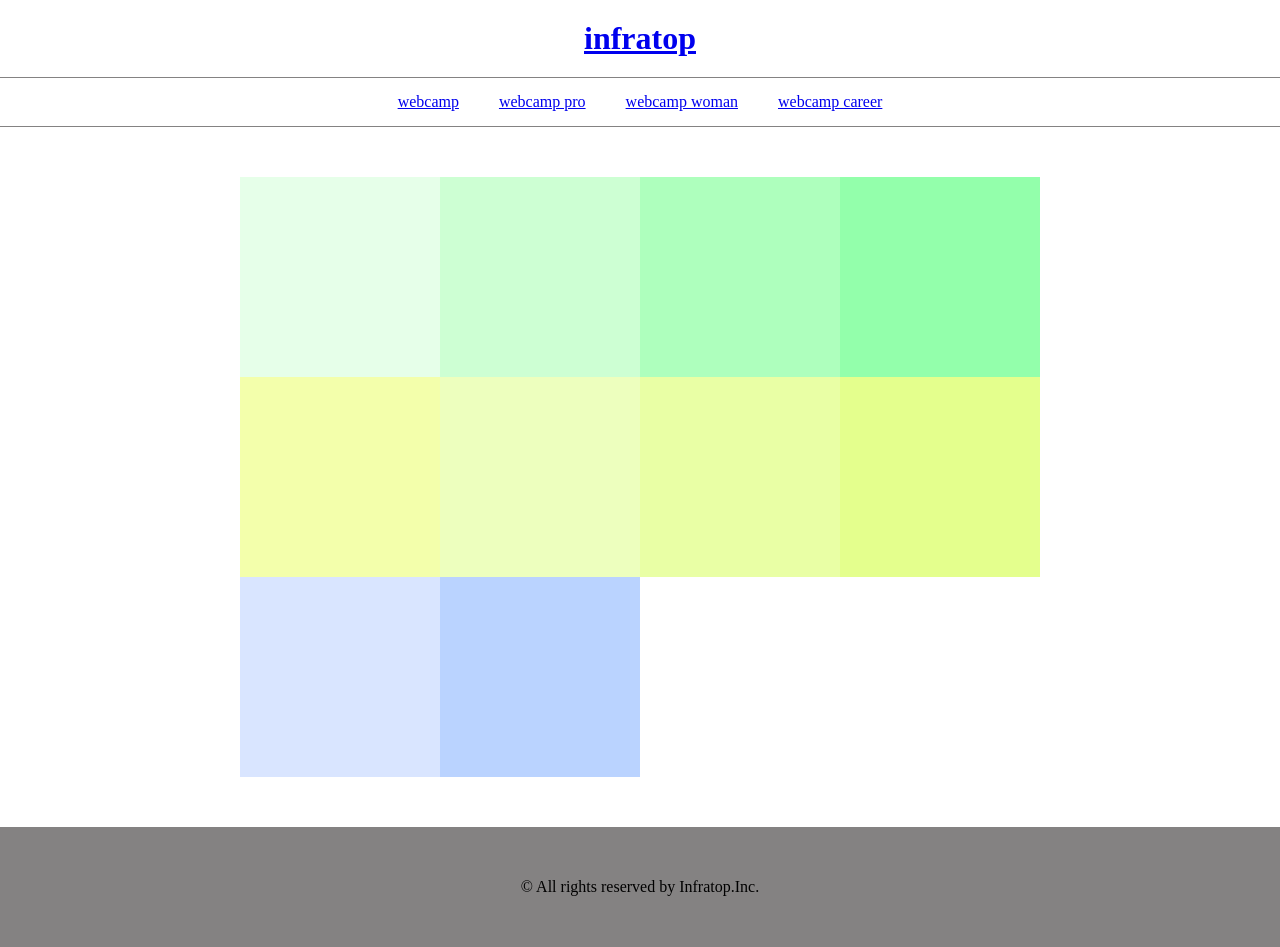
Repository: Yuya0829/HTML
Page: exercise/exercise5.html
The author's editor kept a record of every edit. The page is drawn from the files as they stood at one moment, then again after the next edit.
The browser window is 1280 px wide. The pictures show the whole page.

Above is the page before.

### exercise/exercise5.html
<!DOCTYPE html>
<html lang="ja">
  <head>
    <meta charset="UTF-8" />
    <link rel="stylesheet" href="exercise5.css" />
    <title>EXERCISE5</title>
  </head>

  <body>
    <header>
      <h1 class="heading">
        <a href="exercise5.html">
          infratop
        </a>
      </h1>
    </header>

    <nav>
      <ul class="nav-list">
        <li class="nav-list-item">
          <a href="https://web-camp.io">webcamp</a>
        <li class="nav-list-item">
          <a href="https://web-camp.io">webcamp pro</a>
        <li class="nav-list-item">
          <a href="https://web-camp.io">webcamp woman</a>
        <li class="nav-list-item">
          <a href="https://web-camp.io">webcamp career</a>
        </li>
      </ul>
    </nav>

    <div class="main">
      <div class="box1"></div>
      <div class="box2"></div>
      <div class="box3"></div>
      <div class="box4"></div>
      <div class="box5"></div>
      <div class="box6"></div>
      <div class="box7"></div>
      <div class="box8"></div>
      <div class="box9"></div>
      <div class="box10"></div>
      <div class="box11"></div>
      <div class="box12"></div>
    </div>

    <footer>
      <p class="footer-text">© All rights reserved by Infratop.Inc.</p>
    </footer>
  </body>
</html>

### exercise/exercise5.css
* {
  margin: 0;
  padding: 0;
  box-sizing: border-box;
}

header {
  width: 100%;
  padding: 20px 0;
  margin: 0 auto;
  text-align: center;
}

.nav-list {
  text-align: center;
  padding: 15px 0;
  margin: 0 auto;
  border-bottom: 1px solid #848282;
  border-top: 1px solid #848282;
}

.nav-list-item {
  list-style: none;
  display: inline-block;
  margin: 0 20px;
}

.main {
  width: 800px;
  margin: 50px auto;
  display: flex;
  flex-wrap: wrap;
}

.box1 {
  width: 200px;
  height: 200px;
  background-color: #e6ffe9;
}

.box2 {
  width: 200px;
  height: 200px;
  background-color: #cdffd3;
}

.box3 {
  width: 200px;
  height: 200px;
  background-color: #aeffbd;
}

.box4 {
  width: 200px;
  height: 200px;
  background-color: #93ffab;
}

.box5 {
  width: 200px;
  height: 200px;
  background-color: #f3ffab;
}

.box6 {
  width: 200px;
  height: 200px;
  background-color: #edffbe;
}

.box7 {
  width: 200px;
  height: 200px;
  background-color: #e9ffa5;
}

.box8 {
  width: 200px;
  height: 200px;
  background-color: #e4ff8d;
}

.box9 {
  width: 200px;
  height: 200px;
  background-color: #d9e5ff;
}

.box10 {
  width: 200px;
  height: 200px;
  background-color: #bad3ff;
}

.box11 {
  width: 200px;
  height: 200px;
  background-color: #;
}

.box12 {
  width: 200px;
  height: 200px;
  background-color: #;
}

footer {
  width: 100%;
  height: 120px;
  text-align: center;
  line-height: 120px;
  background-color: #848282;
}

After the next edit:
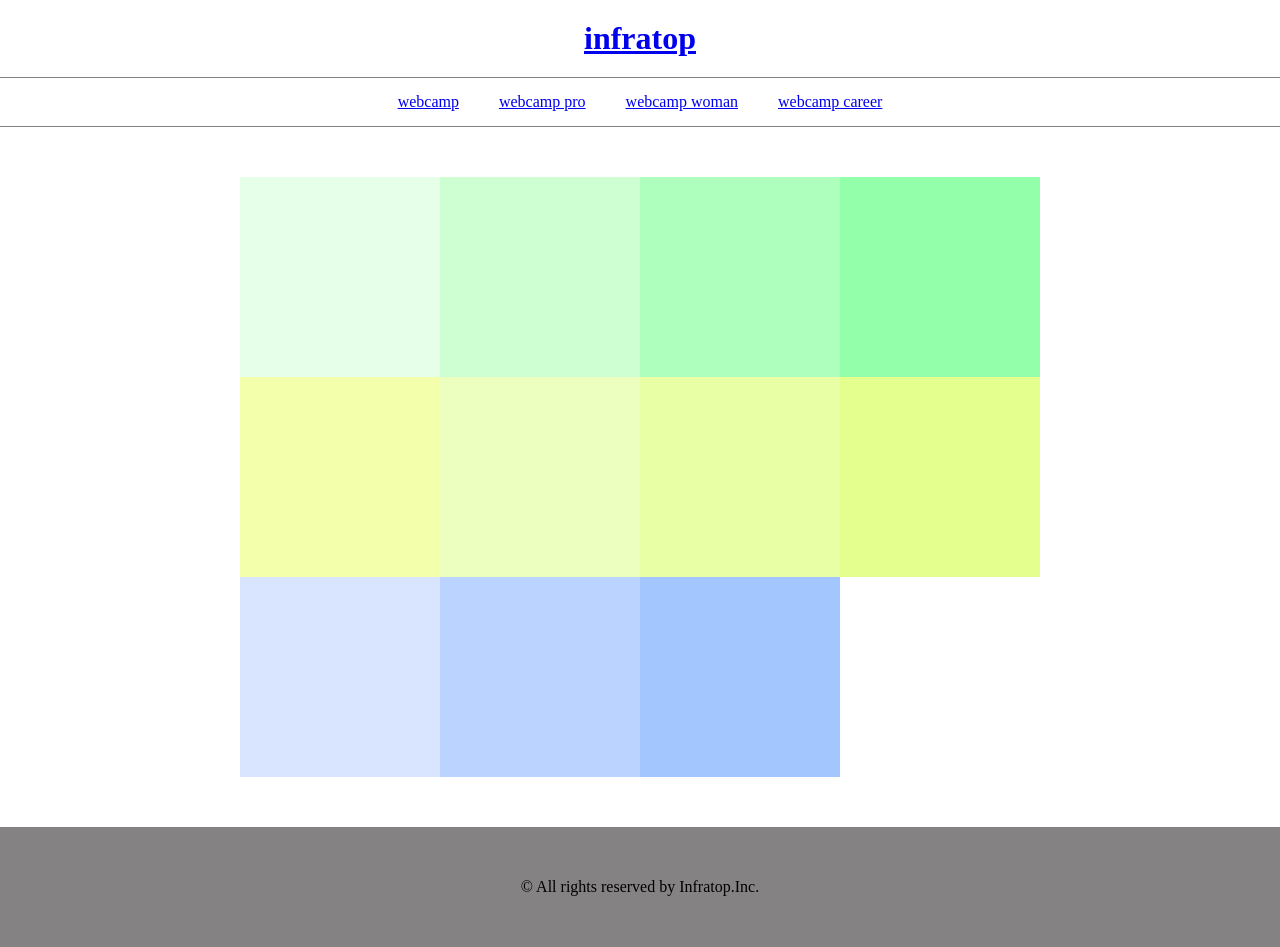
The edit:
--- a/exercise/exercise5.css
+++ b/exercise/exercise5.css
@@ -95,7 +95,7 @@
 .box11 {
   width: 200px;
   height: 200px;
-  background-color: #;
+  background-color: #a4c6ff;
 }
 
 .box12 {
